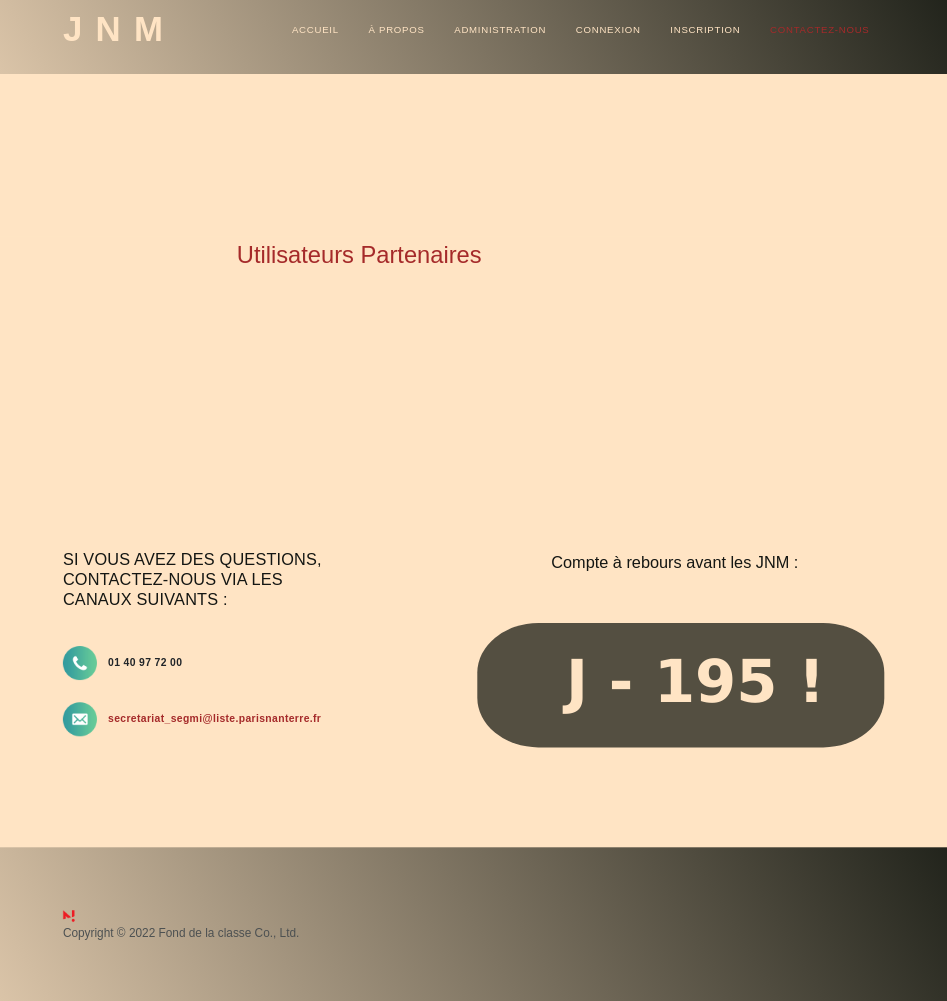
Repository: RiadNadri/ProjetWeb2022
Page: templates/Admin/admin.html.twig
The author's editor kept a copy of each file at every save. The page is drawn from the files as they stood at one save, then again after the next save.
The browser window is 1280 px wide. The pictures show the whole page, at 74% of full size.
Some web fonts or font styles are not loaded; a fallback is used. The page is a Twig template of a Symfony application; nobody is signed in and links lead nowhere. The template is opened directly, without the code that normally fills it, so the values that code supplies are empty.

Above is the page before, as saved 2022-12-24 16:46:59.

### templates/Admin/admin.html.twig
{% extends 'base.html.twig' %}

{% block title %} Administration {% endblock %}

{% block body %}

<style>
    .buttonUser{
        margin-top: 25%;
        margin-bottom: 20%;
        margin-left: 25%;
        font-size: xx-large;
    }
    .buttonPartenaire{
        margin-top: 25%;
        margin-bottom: 20%;
        margin-right: 25%;
        font-size: xx-large;
    }
</style>

<div class="buttonUser" >
    <a href="{{path('app_user')}}">Utilisateurs</a>
    <a href="{{path('app_user')}}">Partenaires</a>
</div>


{% endblock %}

### templates/base.html.twig
<!DOCTYPE html>
<html>
    <head>
        <meta charset="UTF-8">
        <title>{% block title %}{% endblock %} - JNM</title>
        <meta name="viewport" content="width=device-width, initial-scale=1, shrink-to-fit=no">
        <meta name="description" content="">
        <meta name="author" content="">
        <link href="https://fonts.googleapis.com/css?family=Raleway:100,200,300,400,500,600,700,800,900&display=swap" rel="stylesheet">
        <link rel="shortcut icon" type= "image/png" href="{{ asset('img/favicon.png')}}" />

        {# Run `composer require symfony/webpack-encore-bundle` to start using Symfony UX #}

        <link rel="stylesheet" href="{{ asset('assets/css/bootstrap.min.css')}}">
        <link rel="stylesheet" href="{{ asset('assets/css/templatemo-breezed (1).css')}}">

        {% block stylesheets %}{% endblock %}

        {% block javascripts %}{% endblock %}
    </head>
    <body>

        <header class="header-area header-sticky">
        <div class="container">
            <div class="row">
                <div class="col-12">
                    <nav class="main-nav">
                        <!-- ***** Logo Start ***** -->
                        <a href="{{path('app_accueil')}}" class="logo">
                            JNM
                        </a>
                        <!-- ***** Logo End ***** -->
                        <!-- ***** Menu Start ***** -->
                        <ul class="nav">
                            <li class="scroll-to-section"><a href="{{path('app_accueil')}}" >Accueil</a></li>
                            <li class="scroll-to-section"><a href="#about">À propos</a></li>
                            <li class="scroll-to-section"><a href="{{path('app_admin')}}">Administration</a></li>
                            <li class="scroll-to-section"><a href="{{path('app_connexion')}}">Connexion</a></li>
                            {% if app.user %}
                                <li class="scroll-to-section"><a href="#réservation">Réservation</a></li>
                                <li class="scroll-to-section"><a href="{{path('app_profil')}}">Mon profil</a></li>
                                <li class="scroll-to-section"><a href="{{path('app_deconnexion')}}">Deconnexion</a></li>
                            {% else %}
                                <li class="scroll-to-section"><a href="{{path('app_inscription')}}">Inscription</a></li>
                            {% endif %}
                            <li class="scroll-to-section"><a href="#contact-us" class="active">Contactez-Nous</a></li>


                        </ul>

                        <!-- ***** Menu End ***** -->
                    </nav>
                </div>
            </div>
        </div>
    </header>

    {% block body %}
    <section class="section" id="about">
        <div class="container">
            <div class="row">
                <div class="col-lg-6 col-md-6 col-xs-12">
                    <div class="left-text-content">
                        <div class="section-heading">
                            <h6>À propos des Journées Nationales de la MIAGE</h6>
                            <h2>Certains de nos partenaires</h2>
                        </div>
                        <div class="row">
                            <div class="col-md-6 col-sm-6">
                                <div class="service-item">
                                    <a href="https://pepsi.fr/" rel ="nofollow noopener" target="_blank"> <img src="{{ asset('img/Pepsi-Logo-PNG-Pic.png')}}" alt=""> </a>
                                    <h4><a rel="nofollow noopener" href="https://pepsi.fr/" target="_blank">Pepsi</a></h4>
                                </div>
                            </div>
                            <div class="col-md-6 col-sm-6">
                                <div class="service-item">
                                    <a href="https://www.beinsports.com/france/" rel ="nofollow noopener" target="_blank"> <img src="{{ asset('img/Bein_sport_logo.png')}}" alt=""> </a>
                                    <h4><a rel="nofollow noopener" href="https://www.beinsports.com/france/" target="_blank">BeIn Sport</a></h4>
                                </div>
                            </div>
                            <div class="col-md-6 col-sm-6">
                                <div class="service-item">
                                    <a href="https://www.canalplus.com/" rel ="nofollow noopener" target="_blank"> <img src="{{ asset('img/canal-logo-png-transparent.png')}}" alt=""> </a>
                                    <h4><a rel="nofollow noopener" href="https://www.canalplus.com/" target="_blank">Canal +</a></h4>
                                </div>
                            </div>
                            <div class="col-md-6 col-sm-6">
                                <div class="service-item">
                                    <a href="https://www.wwf.fr/" rel ="nofollow noopener" target="_blank"> <img src="{{ asset('img/panda.png')}}" alt=""> </a>
                                    <h4><a rel="nofollow noopener" href="https://www.wwf.fr/" target="_blank">WWF</a></h4>
                                </div>
                            </div>
                            <div class="col-md-12">
                                <a href="#" class="main-button-icon">
                                    En savoir plus
                                </a>
                            </div>
                        </div>
                    </div>
                </div>
                <div class="col-lg-6 col-md-6 col-xs-12">
                    <div class="right-text-content">
                        <p>Les Journées Nationales de la Miage sont organisées par <a rel="nofollow noopener" href="https://www.parisnanterre.fr/" target="_blank">L'Université Paris Nanterre</a> en 2023.
                        <br><br>Du 01/06/2023 au 04/06/2023 venez participer aux Journées Nationales de la MIAGE aux portes de Paris sur le campus de Nanterre. Retrouvez-y toutes les MIAGE de France pour partager un bon moment.
                      <br><br>Prenez part aux différentes activités et profitez-en pour élargir votre réseau miagiste !</p>
                    </div>
                </div>
            </div>
        </div>
    </section>

    <section class="section" id="features">
        <div class="container">
            <div class="row">
                <div class="col-lg-4 col-md-6 col-sm-12 col-xs-12" data-scroll-reveal="enter left move 30px over 0.6s after 0.4s">
                    <div class="features-item">
                        <div class="features-icon">
                            <img src="{{ asset('img/Icone.png')}}" height="30px" width="30px" alt="">
                        </div>
                        <div class="features-content">
                            <h4>Le campus de Nanterre</h4>
                            <p>Situé à proximité du quartier d'affaires da La Défense, le campus de Nanterre s'étend sur 30 hectares.<br> Chaque année, il accueille plus de 40 000 étudiants et met à leur disposition divers types d'infrastructures permettant de pratiquer des activités sportives et culturelles !</p>
                            <a href="https://www.parisnanterre.fr/" target="_blank" class="text-button-icon">
                                En savoir plus
                            </a>
                        </div>
                    </div>
                </div>
                <div class="col-lg-4 col-md-6 col-sm-12 col-xs-12" data-scroll-reveal="enter bottom move 30px over 0.6s after 0.4s">
                    <div class="features-item">
                        <div class="features-icon">
                            <img src="{{ asset('img/miage.png')}}" height="30px" width="30px" alt="">
                        </div>
                        <div class="features-content">
                            <h4>La Miage de Nanterre</h4>
                            <p>Intégrée au sein de l'Unité de Formation et de Recherche
                                <a href="https://ufr-segmi.parisnanterre.fr/" rel="nofollow noopener" target="_blank">
                                SEGMI
                                </a> au bâtiment Allais (G), la MIAGE de Nanterre</p>
                            <a href="https://miage.parisnanterre.fr/" class="text-button-icon">
                                En savoir plus
                            </a>
                        </div>
                    </div>
                </div>
                <div class="col-lg-4 col-md-6 col-sm-12 col-xs-12" data-scroll-reveal="enter right move 30px over 0.6s after 0.4s">
                    <div class="features-item">
                        <div class="features-icon">
                            <img src="{{ asset('img/eiffel.png')}}" height="50px" width="50px"alt="">
                        </div>
                        <div class="features-content">
                            <h4>Le séjour à Paris</h4>
                            <p>Vous pourrez profiter d'ếtre aux portes de Paris pour visiter la capitale. La ligne du RER A vous permettra de rejoindre le centre-ville en moins de 30 minutes.<br> Allez explorer le 1er arrondissement riche en culture, ou manger dans l'un des 18 000 restaurants parisiens !</p>
                            <a href="https://www.parisinfo.com/visiter-a-paris" class="text-button-icon">
                                En savoir plus
                            </a>
                        </div>
                    </div>
                </div>
            </div>
        </div>
    </section>
    {% endblock %}


    <!-- ***** Contact Us Area Starts ***** -->
    <section class="section" id="contact-us">
        <div class="container">
            <div class="row">
                <div class="col-lg-4 col-md-4 col-xs-12">
                    <div class="left-text-content">
                        <div class="section-heading">
                            <h6>Si vous avez des questions, Contactez-nous via les canaux suivants :</h6>
                        </div>
                        <ul class="contact-info">
                            <li><img src="{{ asset('img/contact-info-01.png')}}" alt="">01 40 97 72 00</li>
                            <li><img src="{{ asset('img/contact-info-02.png')}}" alt=""><a href="mailto:secretariat_segmi@liste.parisnanterre.fr">secretariat_segmi@liste.parisnanterre.fr</a></li>
                        </ul>
                    </div>
                </div>

                <div class="col-lg-8 col-md-6 col-xs-12">
                    <div class="section-heading">
                        <h7>Compte à rebours avant les JNM :</h7>
                    </div>
                    <div class="cpt">

                        <label id="Compte"></label>
                            <script type="text/javascript" >
                                var Affiche=document.getElementById("Compte");
                                function Rebour() {
                                 var date1 = new Date();
                                 var date2 = new Date ("Jun 1, 2023 00:00:00");
                                 var sec = (date2 - date1) / 1000;
                                 var n = 24 * 3600;
                                 if (sec > 0) {
                                        j = Math.floor (sec / n);
                                        Affiche.innerHTML = "J - " + j + " !";
                                 }
                                 tRebour=setTimeout ("Rebour();", 1000);
                                }
                             Rebour();
                            </script>

                    </div>
                </div>

            </div>
        </div>
    </section>


    </body>


    <!-- ***** Footer Start ***** -->
    <footer>
        <div class="container">
            <div class="row">
                <div class="col-lg-6 col-xs-12">
                    <div class="left-text-content">
                        <a rel="nofollow noopener" href="https://www.parisnanterre.fr/" target="_blank"><img src="{{ asset('img/Icone.png')}}" alt=""><br>Copyright &copy; 2022 Fond de la classe Co., Ltd. </a>
                    </div>
                </div>

            </div>
        </div>
    </footer>
</html>

Loaded but not shown: public/assets/css/bootstrap.min.css (library); public/assets/css/templatemo-breezed (1).css (908 lines, source omitted)

After the next save:
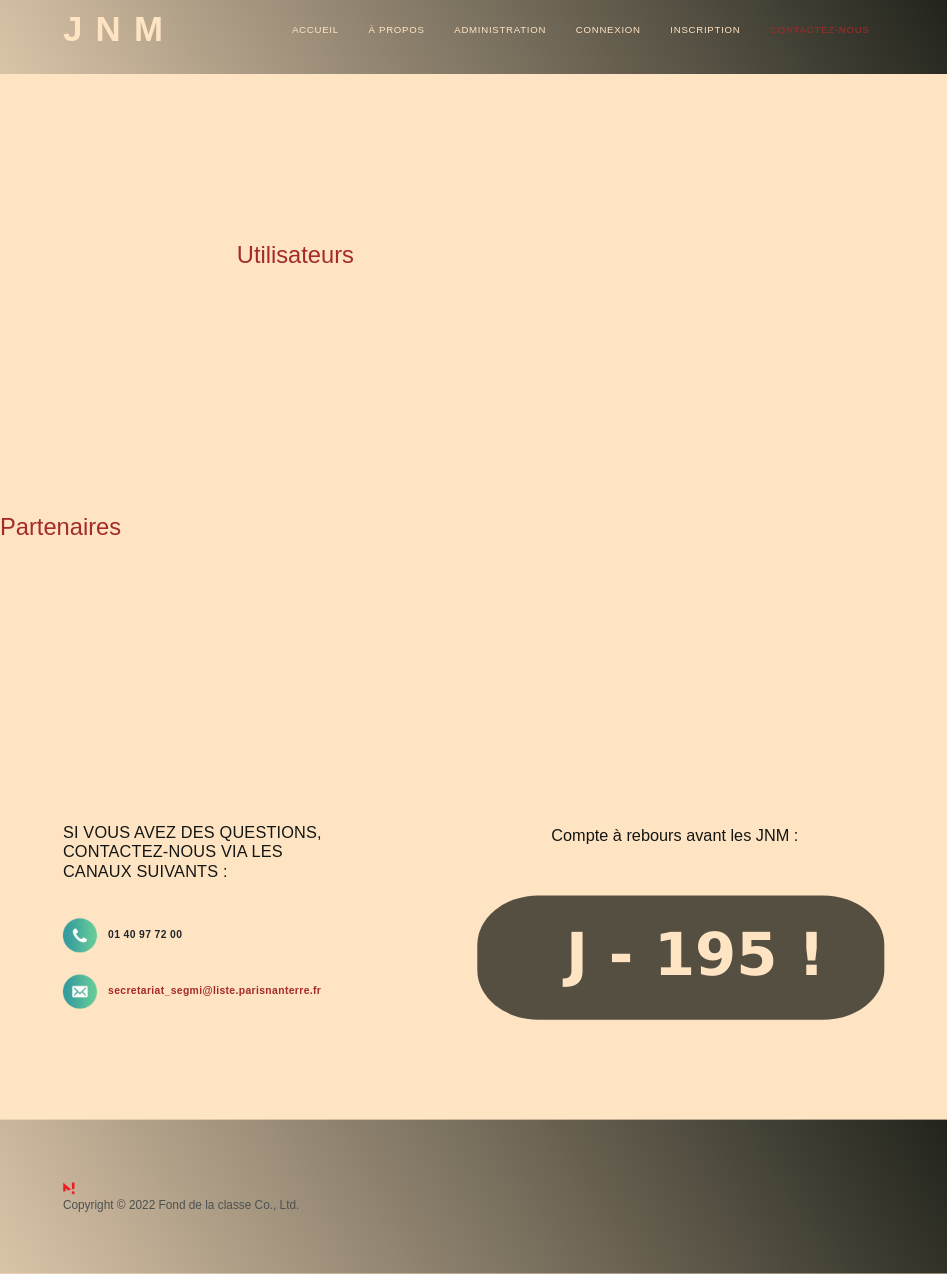
Saved 50 s later.
--- a/templates/Admin/admin.html.twig
+++ b/templates/Admin/admin.html.twig
@@ -21,8 +21,9 @@
 
 <div class="buttonUser" >
     <a href="{{path('app_user')}}">Utilisateurs</a>
+</div>
+<div class="buttonPartenaire">
     <a href="{{path('app_user')}}">Partenaires</a>
 </div>
 
-
 {% endblock %}
